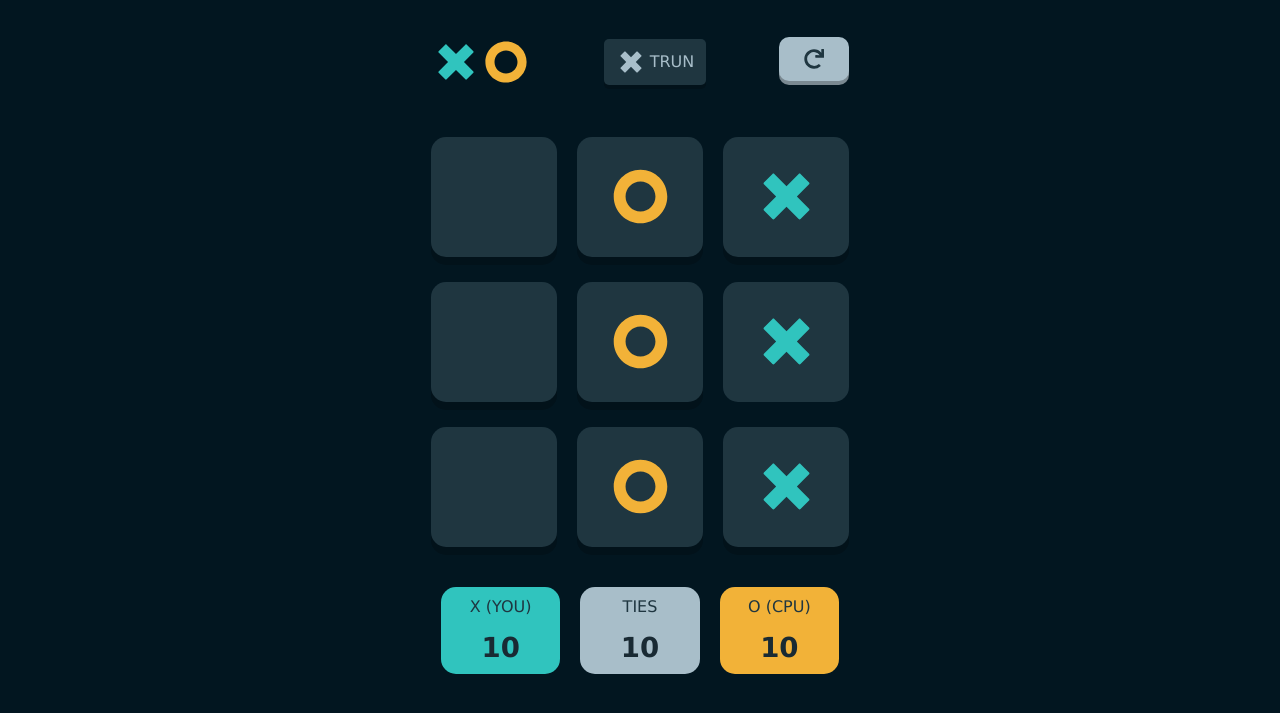
Repository: SD-Mdouka/XO_GAME
Page: /, after clicking the first element matching `button.btn`
The author's editor kept a copy of each file at every save. The page is drawn from the files as they stood at one save, then again after the next save.
The browser window is 1280 px wide. The pictures show the whole page.
The project was rebuilt for these pictures with package versions that can differ from the ones it lists, and the page was loaded fresh each time. Also part of the build but not shown: src/component/modal/Restart.js, src/component/modal/Win.js.

Above is the page before, as saved 2022-08-30 12:13:52.

### src/index.js
import React from "react";
import ReactDOM from "react-dom/client";
import "./index.css";
import App from "./App";
import { ModalState } from "./component/context/ModalContext";
import { GameContext, GameState } from "./component/context/GameContext";

const root = ReactDOM.createRoot(document.getElementById("root"));
root.render(
  <React.StrictMode>
    <ModalState>
      <GameState>
        <App />
      </GameState>
    </ModalState>
  </React.StrictMode>
);

### src/index.css
* {
    padding: 0;
    margin: 0;
    box-sizing: border-box;
}

:root {
    --color-bg-dark: #192a33;
    --color-bg-light: #1f3640;
    --color-gray: #a8bec9;
    --color-gray-dark: #7a8991;
    --color-yellow: #f2b238;
    --color-yellow-dark: #cd8d16;
    --color-blue: #30c4be;
    --color-blue-dark: #128c89;
    --shadow-y: 6px;
}

html {
    font-family: "Lucida Sans", "Lucida Sans Regular", "Lucida Grande", "Lucida Sans Unicode", Geneva, Verdana, sans-serif;
    text-transform: uppercase;
    font-size: 16px;
}

body {
    background-color: var(--color-bg-dark);
    color: var(--color-gray);
}

.App {
    background-color: #021620;
    min-height: 100vh;
    display: flex;
    align-items: center;
    justify-content: center;
}

.container {
    max-width: 450px;
    width: 100%;
    margin-inline: auto;
    padding: 2rem 1rem;
}


/*utilites*/

.card {
    padding: 25px;
    display: flex;
    flex-direction: column;
    gap: 25px;
    border-radius: 15px;
    background-color: var(--color-bg-light);
    -webkit-border-radius: 15px;
    -moz-border-radius: 15px;
    -ms-border-radius: 15px;
    -o-border-radius: 15px;
    text-align: center;
}

.text-lg {
    font-size: 1.25rem;
}

.text-xl {
    font-size: 1.5rem;
}

.text-2xl {
    font-size: 1.725rem;
}

.text-light {
    color: var(--color-gray);
}

.text-blue {
    color: var(--color-blue);
}

.text-yellow {
    color: var(--color-yellow);
}

.bg-blue {
    background-color: var(--color-blue);
    color: var(--color-bg-dark);
}

.bg-yellow {
    background-color: var(--color-yellow);
    color: var(--color-bg-dark);
}

.bg-light {
    background-color: var(--color-gray);
    color: var(--color-bg-dark);
}

.bg-blue.text-light,
.bg-blue .text-light,
.bg-yellow.text-light,
.bg-yellow .text-light,
.bg-light .text-light,
.bg-light.text-light {
    color: var(--color-bg-light);
}

.btn {
    background-color: var(--color-gray);
    border: none;
    font-size: 1.125rem;
    font-weight: bold;
    padding: 12px 25px;
    text-transform: uppercase;
    cursor: pointer;
    border-radius: 10px;
    -webkit-border-radius: 10px;
    -moz-border-radius: 10px;
    -ms-border-radius: 10px;
    -o-border-radius: 10px;
    color: var(--color-bg-light);
    display: inline-block;
    box-shadow: 0 var(--shadow-y) 0 var(--color-gray-dark);
    margin-bottom: 6px;
    transition: all 0.2s;
    -webkit-transition: all 0.2s;
    -moz-transition: all 0.2s;
    -ms-transition: all 0.2s;
    -o-transition: all 0.2s;
}

.btn:hover {
    --shadow-y: 8px;
    transform: translateY(-2px);
    -webkit-transform: translateY(-2px);
    -moz-transform: translateY(-2px);
    -ms-transform: translateY(-2px);
    -o-transform: translateY(-2px);
}

.btn:active {
    --shadow-y: 4px;
    transform: translateY(2px);
    -webkit-transform: translateY(2px);
    -moz-transform: translateY(2px);
    -ms-transform: translateY(2px);
    -o-transform: translateY(2px);
}

.btn-yellow {
    background-color: var(--color-yellow);
    box-shadow: 0 var(--shadow-y) 0 var(--color-yellow-dark);
}

.btn-blue {
    background-color: var(--color-blue);
    box-shadow: 0 var(--shadow-y) 0 var(--color-blue-dark);
}

.btn-sm {
    --shadow-y: 4px;
}

.btn-sm:hover {
    --shadow-y: 6px;
}

.btn-sm:active {
    --shadow-y: 3px;
}

.shadow-gray {
    box-shadow: 0 8px 0 rgba(0, 0, 0, 0.2);
}

.shadow-blue {
    box-shadow: 0 8px 0 var(--color-blue-dark);
}

.shadow-yellow {
    box-shadow: 0 8px 0 var(--color-yellow-dark);
}


/* icons */

.icon {
    display: inline-block;
}

.icon svg {
    fill: var(--color-gray);
    height: 50px;
    width: 50px;
    vertical-align: middle;
}

.icon-sm svg {
    height: 30px;
    width: 30px;
}

.icon-lg svg {
    height: 65px;
    width: 65px;
}

.icon-yellow svg {
    fill: var(--color-yellow);
}

.icon-blue svg {
    fill: var(--color-blue);
}

.icon-dark svg {
    fill: var(--color-bg-dark);
}


/* Sarte */

.start {
    display: flex;
    flex-direction: column;
    gap: 25px;
}

.start__header {
    display: flex;
    align-items: center;
    justify-content: center;
}

.start__players {
    background-color: var(--color-bg-dark);
    padding: 10px;
    border-radius: 15px;
    -webkit-border-radius: 15px;
    -moz-border-radius: 15px;
    -ms-border-radius: 15px;
    -o-border-radius: 15px;
    display: flex;
    align-items: center;
    box-shadow: inset 0 0 8px rgba(0, 0, 0, 0.2);
}

.start__players span {
    width: 50%;
    display: flex;
    align-items: center;
    justify-content: center;
    padding: 15px 10px;
    border-radius: 10px;
    -webkit-border-radius: 10px;
    -moz-border-radius: 10px;
    -ms-border-radius: 10px;
    -o-border-radius: 10px;
    cursor: pointer;
}

.start__players--active {
    background-color: var(--color-gray);
    box-shadow: 0 0 8px rgba(255, 255, 255, 0.2);
}

.start__btns {
    display: flex;
    flex-direction: column;
    gap: 12px;
}


/* board */

.board__header {
    display: flex;
    justify-content: space-between;
    align-items: center;
    margin-bottom: 50px;
}

.board__turn {
    border-radius: 5px;
    background-color: var(--color-bg-light);
    -webkit-border-radius: 5px;
    -moz-border-radius: 5px;
    -ms-border-radius: 5px;
    -o-border-radius: 5px;
    padding: 8px 12px;
    align-items: center;
    display: flex;
    gap: 4px;
    box-shadow: 0 4px 0 rgba(0, 0, 0, 0.2);
}

.board__restart svg {
    height: 20px;
    display: flex;
    align-items: center;
    transform-origin: center;
    transition: all 0.3s;
    -webkit-transition: all 0.3s;
    -moz-transition: all 0.3s;
    -ms-transition: all 0.3s;
    -o-transition: all 0.3s;
}

.board__restart:active svg {
    transform: rotate(180deg);
    -webkit-transform: rotate(180deg);
    -moz-transform: rotate(180deg);
    -ms-transform: rotate(180deg);
    -o-transform: rotate(180deg);
}

.board__body {
    display: grid;
    grid-template-columns: repeat(3, 1fr);
    gap: 25px 20px;
}

.board__body .card {
    height: 120px;
    display: flex;
    align-items: center;
    justify-content: center;
    cursor: pointer;
    padding-inline: 10px;
}

.board__body .active.shadow-blue {
    background-color: var(--color-blue);
}

.board__body .active.shadow-yellow {
    background-color: var(--color-yellow);
}

.board__body .active.shadow-dark {
    background-color: var(--color-bg-dark);
}

.board__footer {
    margin-top: 30px;
    display: grid;
    grid-template-columns: repeat(3, 1fr);
    gap: 20px;
    padding: 10px;
}

.board__footer .card {
    gap: 15px;
    padding: 10px;
}


/*modal*/

.modal {
    position: fixed;
    top: 0;
    left: 0;
    width: 100vw;
    height: 100vh;
    z-index: 999;
    background-color: rgba(0, 0, 0, 0.5);
    display: flex;
    align-items: center;
}

.modal__content {
    width: 100%;
    background-color: var(--color-bg-light);
}


/*score*/

.score {
    text-align: center;
}

.score__title {
    font-size: 2rem;
    display: flex;
    align-items: center;
    justify-content: center;
    gap: 6px;
    margin: 30px 0;
}

.score__btns {
    display: flex;
    align-items: center;
    justify-content: center;
    gap: 15px;
}


/*restart*/

.restart {
    text-align: center;
}

.restart__title {
    font-size: 2rem;
    display: flex;
    align-items: center;
    justify-content: center;
    gap: 6px;
    margin-bottom: 30px;
}

.restart__btns {
    display: flex;
    align-items: center;
    justify-content: center;
    gap: 15px;
}

### src/App.js
import React, { useContext } from "react";
import Board from "./component/board/Board";
import { GameContext } from "./component/context/GameContext";
import Modal from "./component/modal/Modal";
import Start from "./component/start/Start";

const App = () => {
  const { screen } = useContext(GameContext);
  return (
    <div className="App">
      <div className="container">
        {screen === "start" && <Start />}
        {screen === "game" && <Board />}
      </div>
      <Modal />
    </div>
  );
};

export default App;

### src/component/context/ModalContext.js
import { createContext, useState } from "react";

const ModalContext = createContext();

const ModalState = (props) => {
  const [show, setShow] = useState(false);
  const [mode, setMode] = useState("winner"); // winer , start
  const showModal = () => setShow(true);
  const hideModal = () => setShow(false);

  return (
    <ModalContext.Provider
      value={{
        show,
        modalMode: mode,
        setModalMode: setMode,
        showModal,
        hideModal,
      }}
    >
      {props.children}
    </ModalContext.Provider>
  );
};
export { ModalContext, ModalState };

### src/component/context/GameContext.js
import { createContext, useState } from "react";

const GameContext = createContext();

const GameState = (props) => {
  const [screen, setScreen] = useState("start"); // start , game
  const [activeUser, setActiveUser] = useState("x"); // x , o
  const [playerMode, setPlayerMode] = useState("user"); // user , ordinateur
  const changePlayeMode = (mode) => {
    setPlayerMode(mode);
    setScreen("game");
  };
  return (
    <GameContext.Provider
      value={{
        screen,
        activeUser,
        setActiveUser,
        changePlayeMode,
      }}
    >
      {props.children}
    </GameContext.Provider>
  );
};
export { GameContext, GameState };

### src/component/board/Board.js
import React from "react";
import Xicons from "../icons/Xicons";
import Oicons from "../icons/Oicons";
import Refrsh from "../icons/Refrsh";
import BorardCard from "./BorardCard";

const Board = () => {
  const squars = [" ", "o", "x", " ", "o", "x", " ", "o", "x"];
  return (
    <div className="board">
      <div className="board__header">
        <div>
          <Xicons />
          <Oicons />
        </div>
        <div className="board__turn">
          <Xicons color={"ligth"} size="sm" /> trun
        </div>
        <div>
          <button className="btn btn-sm board__restart">
            <Refrsh />
          </button>
        </div>
      </div>
      <div className="board__body">
        {squars.map((sq, ix) => (
          <BorardCard key={ix} index={ix} user={sq} active={ix === 5} />
        ))}
      </div>
      <div className="board__footer">
        <div className="card bg-blue">
          <p className="text-light">x (you)</p>
          <strong className="text-2xl">10</strong>
        </div>
        <div className="card bg-light">
          <p className="text-light">ties</p>
          <strong className="text-2xl">10</strong>
        </div>
        <div className="card bg-yellow">
          <p className="text-light">o (cpu)</p>
          <strong className="text-2xl">10</strong>
        </div>
      </div>
    </div>
  );
};

export default Board;

### src/component/modal/Modal.js
import React, { useContext } from "react";
import { ModalContext } from "../context/ModalContext";
import Restart from "./Restart";
import Win from "./Win";

const Modal = () => {
  const { show, modalMode } = useContext(ModalContext);
  return (
    <>
      {show && (
        <div className="modal">
          <div className="modal__content">
            <div className="container">
              {modalMode === "winner" && <Win />}
              {modalMode === "restart" && <Restart />}
            </div>
          </div>
        </div>
      )}
    </>
  );
};

export default Modal;

### src/component/start/Start.js
import React, { useContext } from "react";
import Xicons from "../icons/Xicons";
import Oicons from "../icons/Oicons";
import { GameContext } from "../context/GameContext";

const Start = () => {
  const { activeUser, setActiveUser, changePlayeMode } =
    useContext(GameContext);
  return (
    <div className="start">
      <div className="start__header">
        <Xicons />
        <Oicons />
      </div>
      <div className="card shadow-gray">
        <h1 className="text-lg">Pick Player 1'st mark</h1>
        <div className="start__players">
          <span
            className={activeUser === "x" ? "start__players--active" : ""}
            onClick={() => setActiveUser("x")}
          >
            <Xicons color={activeUser === "x" ? "dark" : "light"} />
          </span>
          <span
            className={activeUser === "o" ? "start__players--active" : ""}
            onClick={() => setActiveUser("o")}
          >
            <Oicons color={activeUser === "o" ? "dark" : "light"} />
          </span>
        </div>
        <p className="text-light">remember:x goes first</p>
      </div>
      <div className="start__btns">
        <button
          className="btn btn-yellow"
          onClick={() => changePlayeMode("cpu")}
        >
          new game (vs CPU)
        </button>
        <button
          className="btn btn-blue"
          onClick={() => changePlayeMode("user")}
        >
          new game (vs Player)
        </button>
      </div>
    </div>
  );
};

export default Start;

### src/component/icons/Xicons.js
import React from "react";

const Xicon = ({ color, size }) => {
  return (
    <div
      className={`icon ${color ? "icon-" + color : "icon-blue"} ${
        size && "icon-" + size
      }`}
    >
      <svg
        version="1.1"
        id="Layer_1"
        x="0px"
        y="0px"
        width="100px"
        height="100px"
        viewBox="0 0 100 100"
      >
        <path
          d="M84.707,68.752L65.951,49.998l18.75-18.752c0.777-0.777,0.777-2.036,0-2.813L71.566,15.295
	c-0.777-0.777-2.037-0.777-2.814,0L49.999,34.047l-18.75-18.752c-0.746-0.747-2.067-0.747-2.814,0L15.297,28.431
	c-0.373,0.373-0.583,0.88-0.583,1.407c0,0.527,0.21,1.034,0.583,1.407L34.05,49.998L15.294,68.753
	c-0.373,0.374-0.583,0.88-0.583,1.407c0,0.528,0.21,1.035,0.583,1.407l13.136,13.137c0.373,0.373,0.881,0.583,1.41,0.583
	c0.525,0,1.031-0.21,1.404-0.583l18.755-18.755l18.756,18.754c0.389,0.388,0.896,0.583,1.407,0.583c0.511,0,1.019-0.195,1.408-0.583
	l13.138-13.137C85.484,70.789,85.484,69.53,84.707,68.752z"
        />
      </svg>
    </div>
  );
};

export default Xicon;

### src/component/icons/Oicons.js
import React from "react";

const Oicon = ({ color, size }) => {
  return (
    <div
      className={`icon ${color ? "icon-" + color : "icon-yellow"} ${
        size && "icon-" + size
      }`}
    >
      <svg
        version="1.1"
        id="Layer_1"
        x="0px"
        y="0px"
        viewBox="-169 -35 100 100"
      >
        <g>
          <path
            d="M-119,56.2c-22.7,0-41.2-18.5-41.2-41.2s18.5-41.2,41.2-41.2c22.7,0,41.2,18.5,41.2,41.2S-96.3,56.2-119,56.2z M-119-8
		c-12.7,0-23,10.3-23,23c0,12.7,10.3,23,23,23s23-10.3,23-23C-96,2.3-106.3-8-119-8z"
          />
        </g>
      </svg>
    </div>
  );
};

export default Oicon;

### src/component/icons/Refrsh.js
import React from "react";

const Refrsh = () => {
  return (
    <svg
      aria-hidden="true"
      focusable="false"
      data-prefix="fas"
      data-icon="redo"
      role="img"
      xmlns="http://www.w3.org/2000/svg"
      viewBox="0 0 512 512"
    >
      <path
        fill="currentColor"
        d="M500.33 0h-47.41a12 12 0 0 0-12 12.57l4 82.76A247.42 247.42 0 0 0 256 8C119.34 8 7.9 119.53 8 256.19 8.1 393.07 119.1 504 256 504a247.1 247.1 0 0 0 166.18-63.91 12 12 0 0 0 .48-17.43l-34-34a12 12 0 0 0-16.38-.55A176 176 0 1 1 402.1 157.8l-101.53-4.87a12 12 0 0 0-12.57 12v47.41a12 12 0 0 0 12 12h200.33a12 12 0 0 0 12-12V12a12 12 0 0 0-12-12z"
      ></path>
    </svg>
  );
};

export default Refrsh;

### src/component/board/BorardCard.js
import React from "react";
import Xicons from "../icons/Xicons";
import Oicons from "../icons/Oicons";

const BorardCard = ({ user = "nouser", active, index }) => {
  return (
    <div
      className={`card
      ${active && user === "x" && "blue"}
    ${active && user === "o" && "shadow-yellow"}
    ${!active ? "shadow-gray" : "active"}
    `}
    >
      {user === "x" && <Xicons size="lg" />}
      {user === "o" && <Oicons size="lg" />}
    </div>
  );
};

export default BorardCard;

Loaded but not shown: public/index.html (common file)

After the next save:
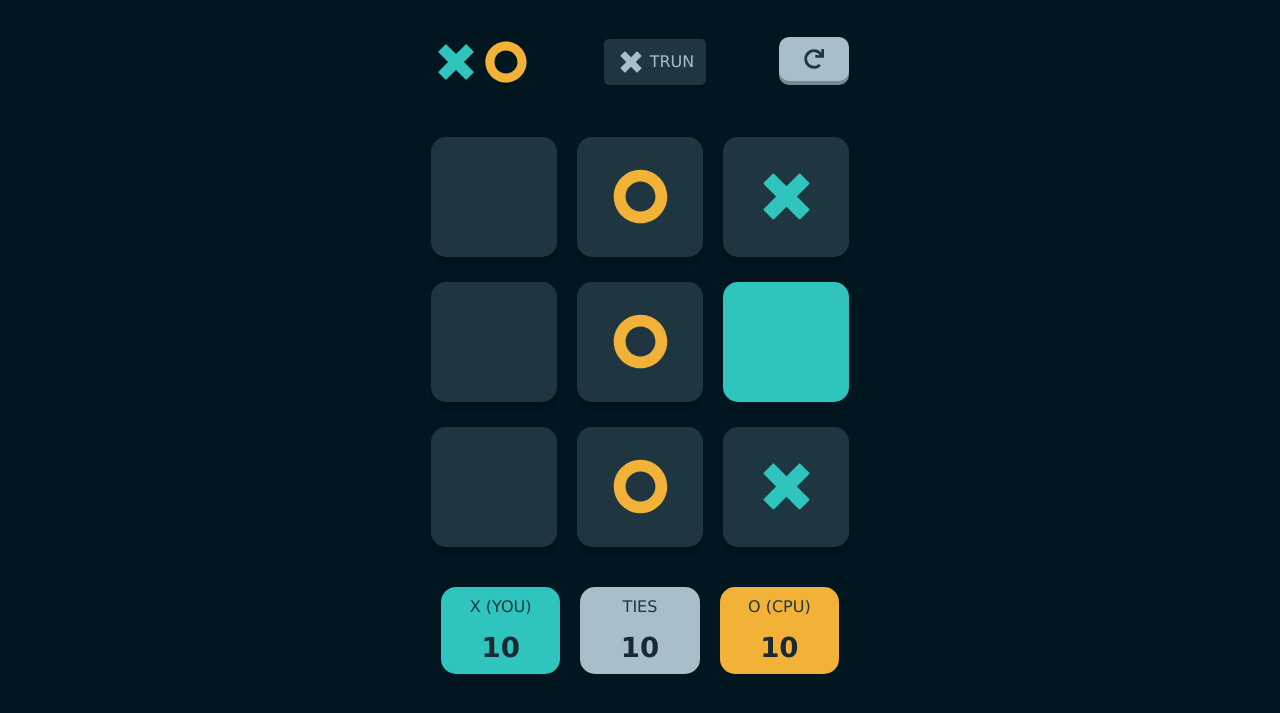
Saved 5 s later.
--- a/src/component/board/BorardCard.js
+++ b/src/component/board/BorardCard.js
@@ -6,7 +6,7 @@ const BorardCard = ({ user = "nouser", active, index }) => {
   return (
     <div
       className={`card
-      ${active && user === "x" && "blue"}
+      ${active && user === "x" && "bg-blue"}
     ${active && user === "o" && "shadow-yellow"}
     ${!active ? "shadow-gray" : "active"}
     `}
